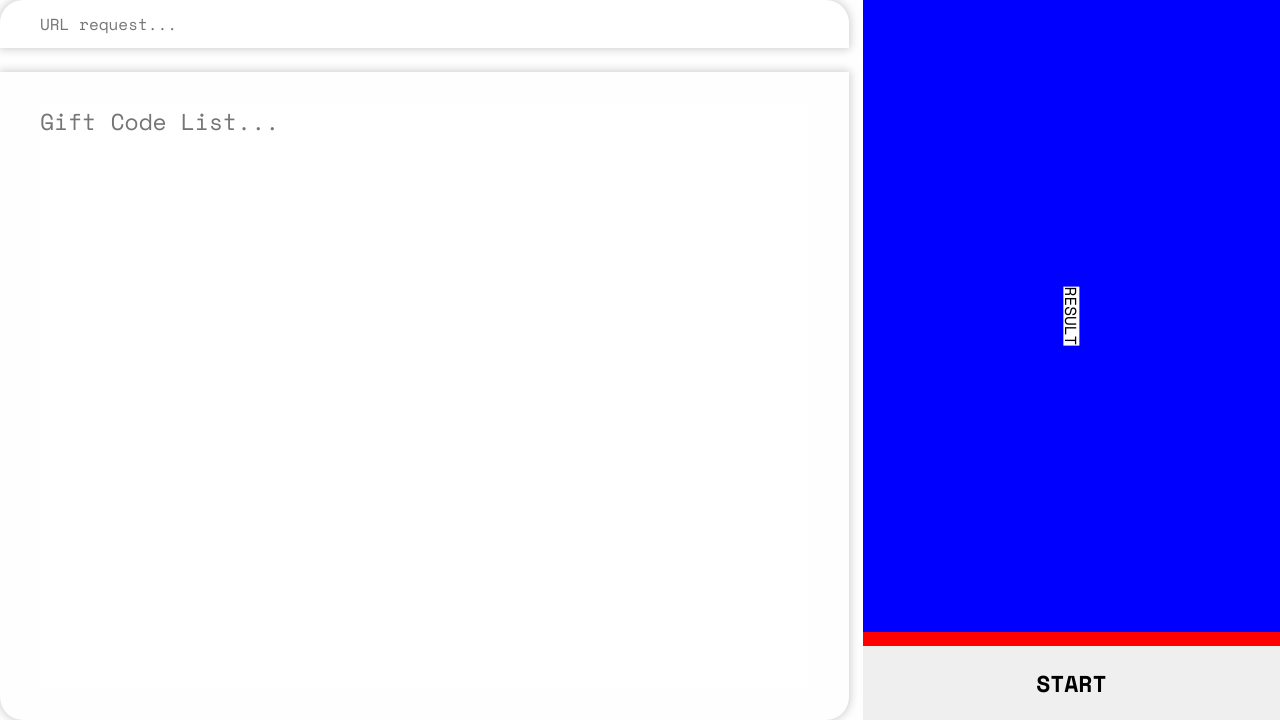
Repository: 777hanh777hanh/test
Page: index.html
These files come from the project's save history. The page is drawn as it stood at one moment and after the next save; the edit follows.
The browser window is 1280 px wide. The pictures show the whole page.

Above is the page before, as saved 2023-06-30 17:45:05.

After the next save:
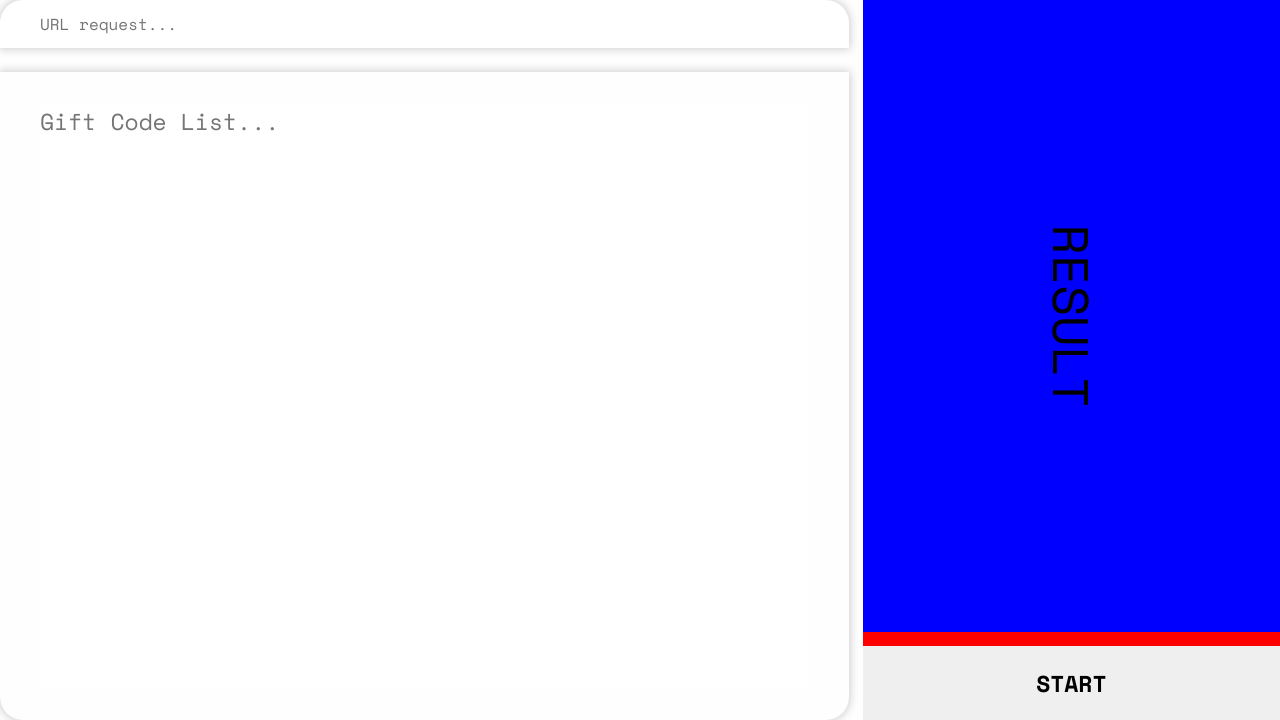
Saved 16 s later.
--- a/assets/css/style.css
+++ b/assets/css/style.css
@@ -102,7 +102,7 @@ html *::-webkit-scrollbar-track {
     display: inline-block;
     content: 'Result';
     text-transform: uppercase;
-    background: #fff;
+    font-size: 5rem;
     transform: rotate(90deg);
     overflow: visible;
 }
